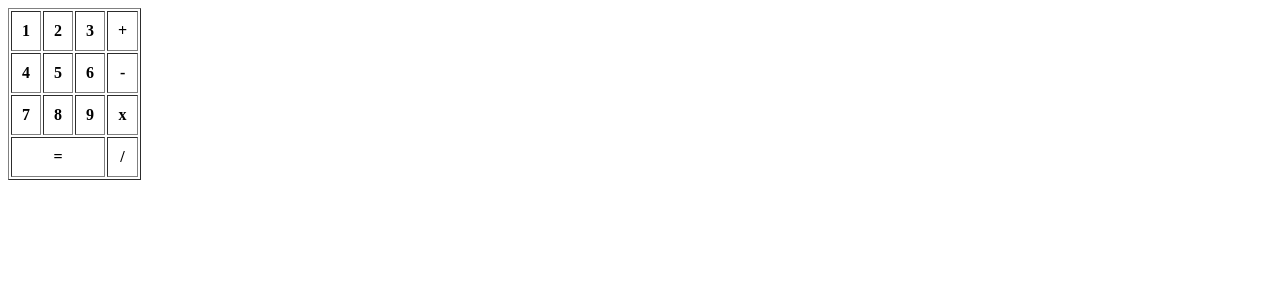
Repository: oUYUo/javaweb_and_javaBaseKnowLedge
Page: http://localhost/computer/
An editor plug-in stored every save of this project. The page is shown before and after the next save, followed by the edit.
The browser window is 1280 px wide. The pictures show the whole page.
The page is served by Tomcat 9.

Above is the page before, as saved 2018-02-27 08:53:34.

### computer/WebContent/index.jsp
<%@ page language="java" contentType="text/html; charset=UTF-8"
    pageEncoding="UTF-8"%>
<!DOCTYPE html PUBLIC "-//W3C//DTD HTML 4.01 Transitional//EN" "http://www.w3.org/TR/html4/loose.dtd">
<html>
<head>
<meta http-equiv="Content-Type" content="text/html; charset=UTF-8">
<title>Insert title here</title>
</head>
<body>
<table border="1" cellpadding="10">
  <tr>
    <th>1</th>
    <th>2</th>
    <th>3</th>
    <th>+</th>
  </tr>
  <tr>
    <th>4</th>
    <th>5</th>
    <th>6</th>
    <th>-</th>
  </tr>
   <tr>
    <th>7</th>
    <th>8</th>
    <th>9</th>
    <th>x</th>
  </tr>
  <tr>
  	<th colspan="3">=</th>
  	<th>/</th>
  </tr>

</table>

</body>
</html>

After the next save:
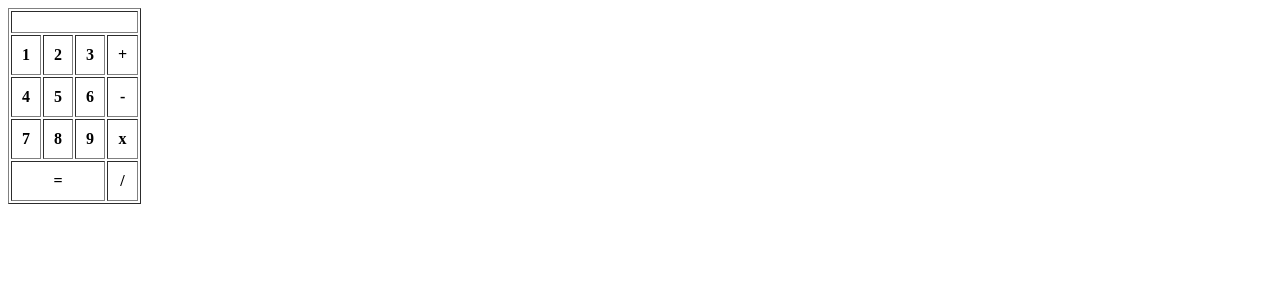
Saved 42 s later.
--- a/computer/WebContent/index.jsp
+++ b/computer/WebContent/index.jsp
@@ -8,6 +8,9 @@
 </head>
 <body>
 <table border="1" cellpadding="10">
+  <tr>
+  <th colspan="4"></th>
+  </tr>
   <tr>
     <th>1</th>
     <th>2</th>
